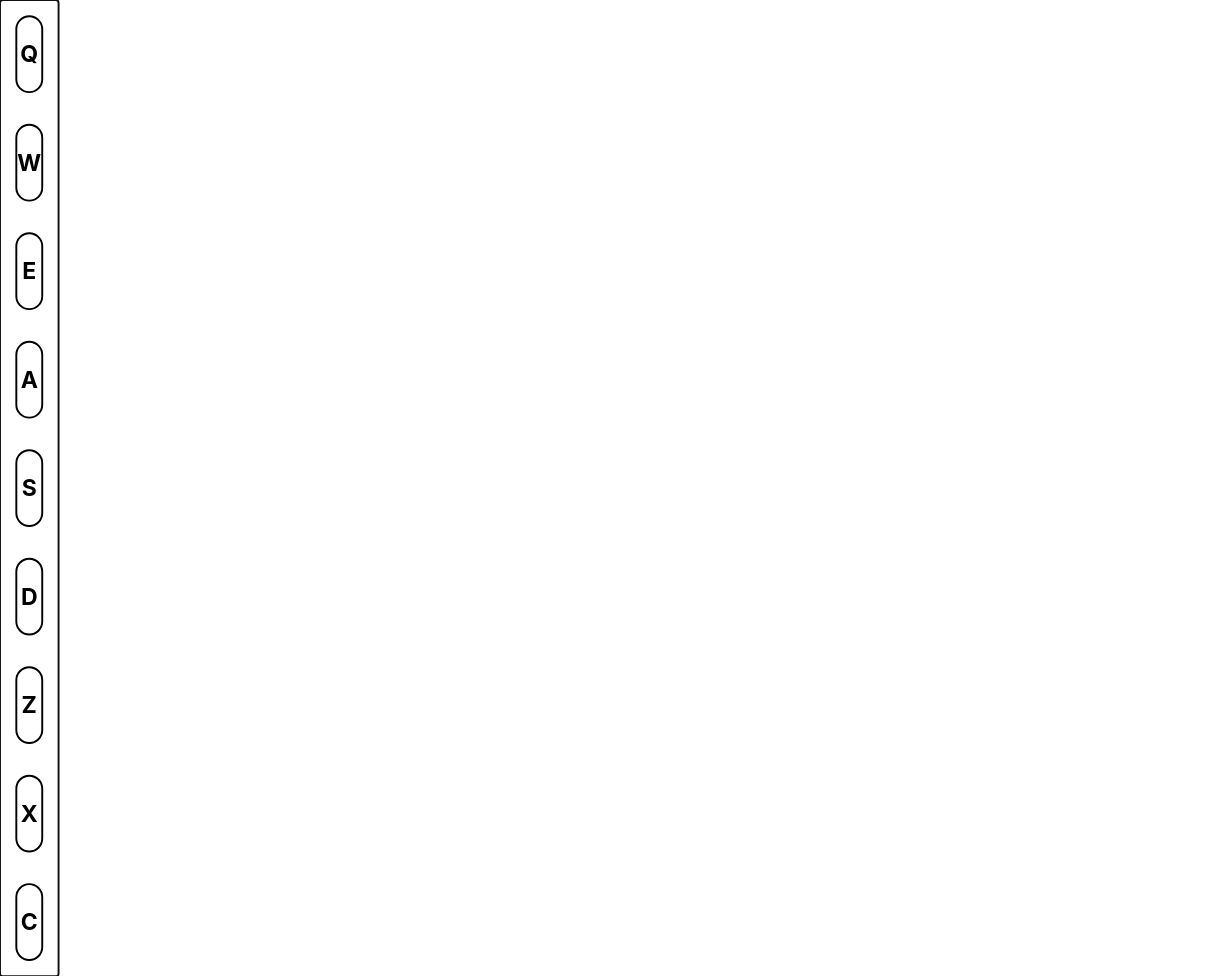
Repository: milac0/drum-machine
Page: /
These files come from the project's save history. The page is drawn as it stood at one moment and after the next save; the edit follows.
The browser window is 1280 px wide. The pictures show the whole page, at 96% of full size.
The project was rebuilt for these pictures with package versions that can differ from the ones it lists, and the page was loaded fresh each time.

Above is the page before, as saved 2019-10-25 17:24:52.

### public/index.html
<!DOCTYPE html>
<html lang="en">
  <head>
    <meta charset="utf-8" />
    <link rel="shortcut icon" href="%PUBLIC_URL%/favicon.ico" />
    <meta name="viewport" content="width=device-width, initial-scale=1" />
    <meta name="theme-color" content="#000000" />
    <!--
      manifest.json provides metadata used when your web app is installed on a
      user's mobile device or desktop. See https://developers.google.com/web/fundamentals/web-app-manifest/
    -->
    <link rel="manifest" href="%PUBLIC_URL%/manifest.json" />
    <!--
      Notice the use of %PUBLIC_URL% in the tags above.
      It will be replaced with the URL of the `public` folder during the build.
      Only files inside the `public` folder can be referenced from the HTML.

      Unlike "/favicon.ico" or "favicon.ico", "%PUBLIC_URL%/favicon.ico" will
      work correctly both with client-side routing and a non-root public URL.
      Learn how to configure a non-root public URL by running `npm run build`.
    -->
    <title>Drum Machine</title>
  </head>
  <body>
    <noscript>You need to enable JavaScript to run this app.</noscript>
    <div id="root"></div>
    <!--
      This HTML file is a template.
      If you open it directly in the browser, you will see an empty page.

      You can add webfonts, meta tags, or analytics to this file.
      The build step will place the bundled scripts into the <body> tag.

      To begin the development, run `npm start` or `yarn start`.
      To create a production bundle, use `npm run build` or `yarn build`.
    -->
    <script src="https://cdn.freecodecamp.org/testable-projects-fcc/v1/bundle.js"></script>
  </body>
</html>

### src/index.css
html {
  height: 100%;
}

body {
  margin: 0;
  padding: 0;
  height: 100%;
  min-height: 100%;
  width: 100%;
  font-family: -apple-system, BlinkMacSystemFont, "Segoe UI", "Roboto", "Oxygen",
    "Ubuntu", "Cantarell", "Fira Sans", "Droid Sans", "Helvetica Neue",
    sans-serif;
  -webkit-font-smoothing: antialiased;
  -moz-osx-font-smoothing: grayscale;
}
#root{
  height: 100%;
}
code {
  font-family: source-code-pro, Menlo, Monaco, Consolas, "Courier New",
    monospace;
}

### src/App.js
import React, { Fragment } from "react";
import "./App.css";
import DrumPad from "./Components/DrumPad";

class App extends React.Component {
  constructor(props) {
    super(props);
    this.references = {};
    this.state = { display: "" };
    this.keyPressRef = React.createRef();
    this.handleClick = this.handleClick.bind(this);
    this.handleKeyDown = this.handleKeyDown.bind(this);
    this.getOrCreateRef = this.getOrCreateRef.bind(this);
    this.setDisplay = this.setDisplay.bind(this);
  }

  componentDidMount() {
    this.keyPressRef.current.focus();
  }

  handleClick = id => {
    // console.log(this.references[id].current);
    this.references[id].current.play();
    this.references[id].current.currentTime = 0;
    this.setDisplay(id);
  };

  handleKeyDown = e => {
    if (this.references.hasOwnProperty(e.key.toUpperCase())) {
      this.references[e.key.toUpperCase()].current.play();
      this.references[e.key.toUpperCase()].current.currentTime = 0;
    }
    this.setDisplay(e.key.toUpperCase());
  };

  setDisplay(id) {
    let display;
    try {
      display = drums.filter(elem => elem.id === id)[0].text;
    } catch {
      display = this.state.display;
    }
    console.log(display);
    this.setState({ display });
  }

  getOrCreateRef(id) {
    if (!this.references.hasOwnProperty(id)) {
      return (this.references[id] = React.createRef());
    } else return this.references[id];
  }

  render() {
    return (
      <Fragment>
      <div
        id="drum-machine"
        ref={this.keyPressRef}
        onKeyDown={this.handleKeyDown}
        tabIndex="0"
      >


        {/* <div id="drum-pads"> */}
          {drums.map((elem, i) => (
            <DrumPad
              name={elem.text}
              ref={this.getOrCreateRef(elem.id)}
              clickHandler={this.handleClick}
              id={elem.id}
              src={elem.src}
              key={i}
            />
          ))}
        {/* </div> */}
      </div>
      <p id="display">{this.state.display}</p>
      </Fragment>
    );
  }
}

const drums = [
  {
    id: "Q",
    text: "hit the nail",
    src:
      "https://sampleswap.org/samples-ghost/DRUMS%20(SINGLE%20HITS)/Kicks/16[kb]808bd.aif.mp3"
  },
  {
    id: "W",
    text: "badong",
    src:
      "https://sampleswap.org/samples-ghost/DRUMS%20(SINGLE%20HITS)/Kicks/152[kb]808bd3.aif.mp3"
  },
  {
    id: "E",
    text: "stop kick",
    src:
      "https://sampleswap.org/samples-ghost/DRUMS%20(SINGLE%20HITS)/Kicks/15[kb]808bd2.aif.mp3"
  },
  {
    id: "A",
    text: "pang",
    src:
      "https://sampleswap.org/samples-ghost/DRUMS%20(SINGLE%20HITS)/Kicks/152[kb]808distbd.aif.mp3"
  },
  {
    id: "S",
    text: "boing",
    src:
      "https://sampleswap.org/samples-ghost/DRUMS%20(SINGLE%20HITS)/Kicks/67[kb]808sub.aif.mp3"
  },
  {
    id: "D",
    text: "absolute insane kikdrum",
    src:
      "https://sampleswap.org/samples-ghost/DRUMS%20(SINGLE%20HITS)/Kicks/69[kb]absolutely-insane-kikdrum.wav.mp3"
  },
  {
    id: "Z",
    text: "absurdistan kick",
    src:
      "https://sampleswap.org/samples-ghost/DRUMS%20(SINGLE%20HITS)/Kicks/34[kb]absurdistan-kick.wav.mp3"
  },
  {
    id: "X",
    text: "backwards in crash",
    src:
      "https://sampleswap.org/samples-ghost/DRUMS%20(SINGLE%20HITS)/Gongs%20and%20Super%20Crashes/61[kb]backwards-in-crash.aif.mp3"
  },
  {
    id: "C",
    text: "cymbals",
    src:
      "https://sampleswap.org/samples-ghost/DRUMS%20(SINGLE%20HITS)/Cymbals/100[kb]curiouscym1.aif.mp3"
  }
];

export default App;

### src/App.css
/* #drum-pads {
  max-width: 40%;
  height: auto;
  margin: 0 auto;
  padding: 10px;
  position: relative;
  margin: 0 auto;
  align-self: auto;
  display: inline-grid;
} */

#drum-machine {
  display: inline-grid;
  grid-template-columns: 80 80 80;
}

.drum-pad {
  max-width: 80px;
  height: auto;
  margin: 1em;
  border: 2px solid black;
  border-radius: 20px;
  text-align: center;
}

.drum-pad p {
  font-size: 1.5rem;
  font-weight: 700;
}

/* #display {
  margin: 0 auto;
  height: 30px;
  width: 200px;
  padding: 10px;
  background: #FDC8C8;
  text-align: center;
}

.drum-pad {
  width: 240px;
  text-align: center;
  border: 1px solid black;
  padding: 1rem 1.5rem;
}

#W {
  grid-column-start: 2;
  grid-column-end: 3;
}

#E {
  grid-column-start: 3;
  grid-column-end: 4;
}

.drum-pad:hover {
  cursor: pointer;
} */

### src/Components/DrumPad.js
import React from "react";

const DrumPad = React.forwardRef((props, ref) => (
  <div
    className="drum-pad"
    id={props.id}
    onClick={() => props.clickHandler(props.id)}
    text={props.name}
  >
    <p>{props.id}</p>
    <audio ref={ref} src={props.src} className="clip" id={props.id}></audio>
  </div>
));

export default DrumPad;

Loaded but not shown: src/index.js (common file)

After the next save:
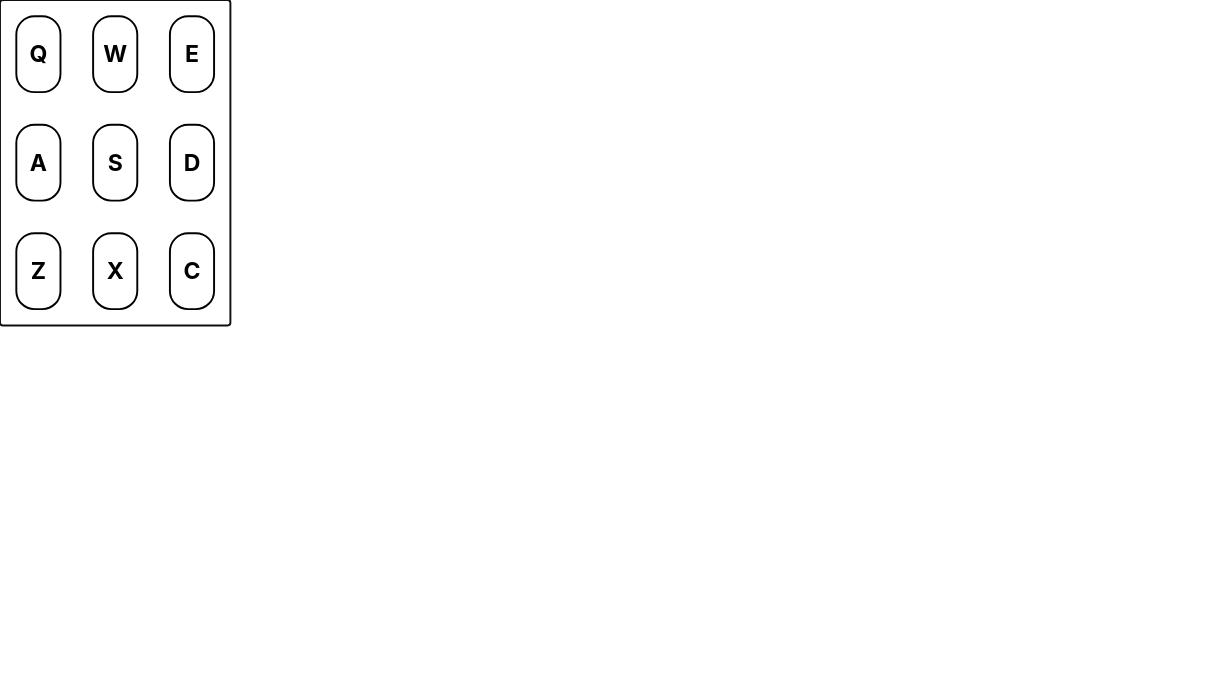
Saved 7 s later.
--- a/src/App.css
+++ b/src/App.css
@@ -11,7 +11,7 @@
 
 #drum-machine {
   display: inline-grid;
-  grid-template-columns: 80 80 80;
+  grid-template-columns: 80px 80px 80px;
 }
 
 .drum-pad {
